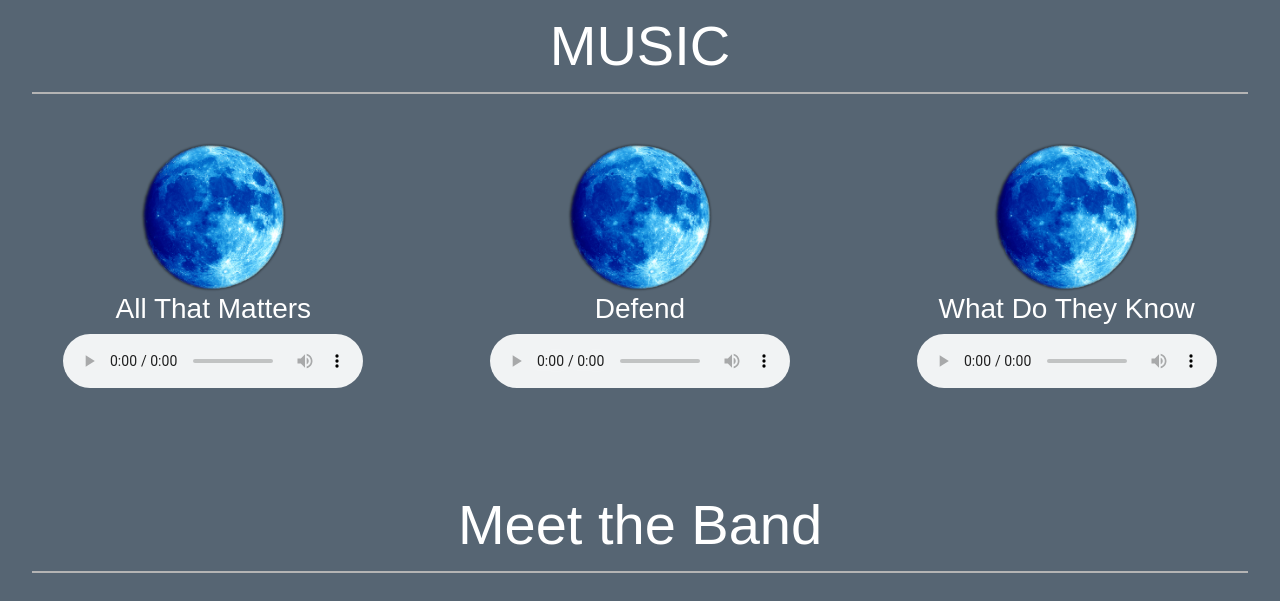
Repository: Skillabill/pale_blue_moon
Page: index.html
The author's editor kept a record of every edit. The page is drawn from the files as they stood at one moment, then again after the next edit.
The browser window is 1280 px wide. The pictures show the part of the page from y = 1026 to 1627 px (the page is 3271 px tall).
A picture or video elsewhere on the page could not be fetched, so the positions and the page height are approximate. Some web fonts or font styles are not loaded; a fallback is used. Some web libraries are served in a nearby version.

Above is the page before.

After the next edit:
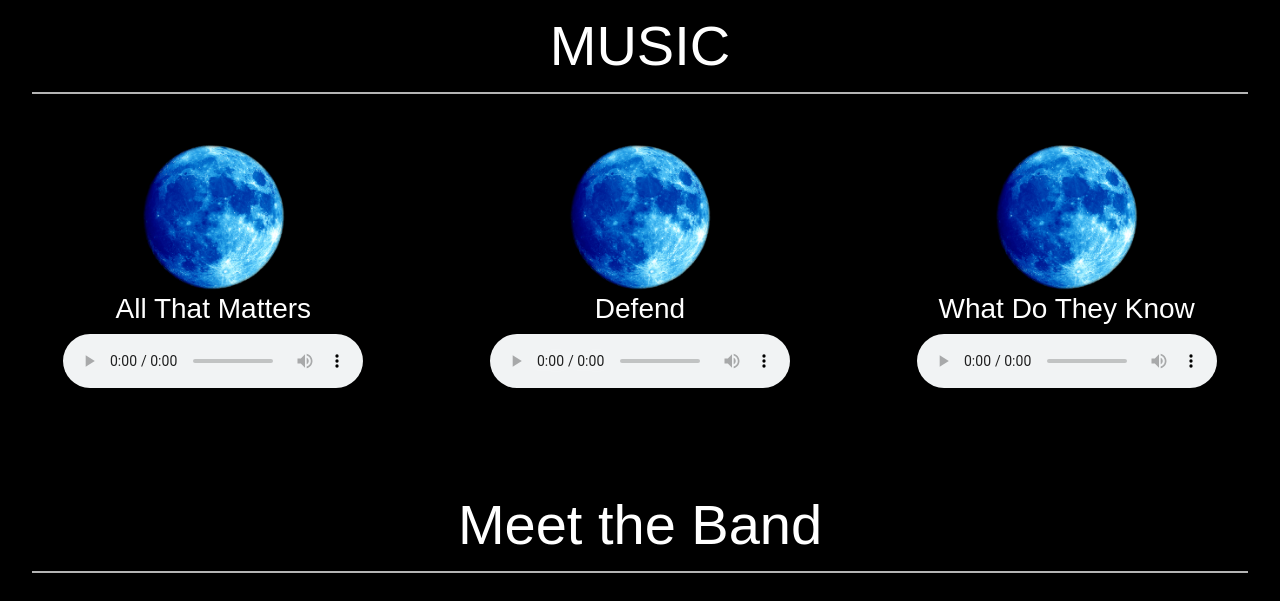
The edit:
--- a/assets/css/style.css
+++ b/assets/css/style.css
@@ -170,7 +170,7 @@
 /*-------------Meet the Band------------------*/
 
 .band-bg {
-    background-color: #566573;
+    background-color: #000;
     color: #fff;
 }
 
